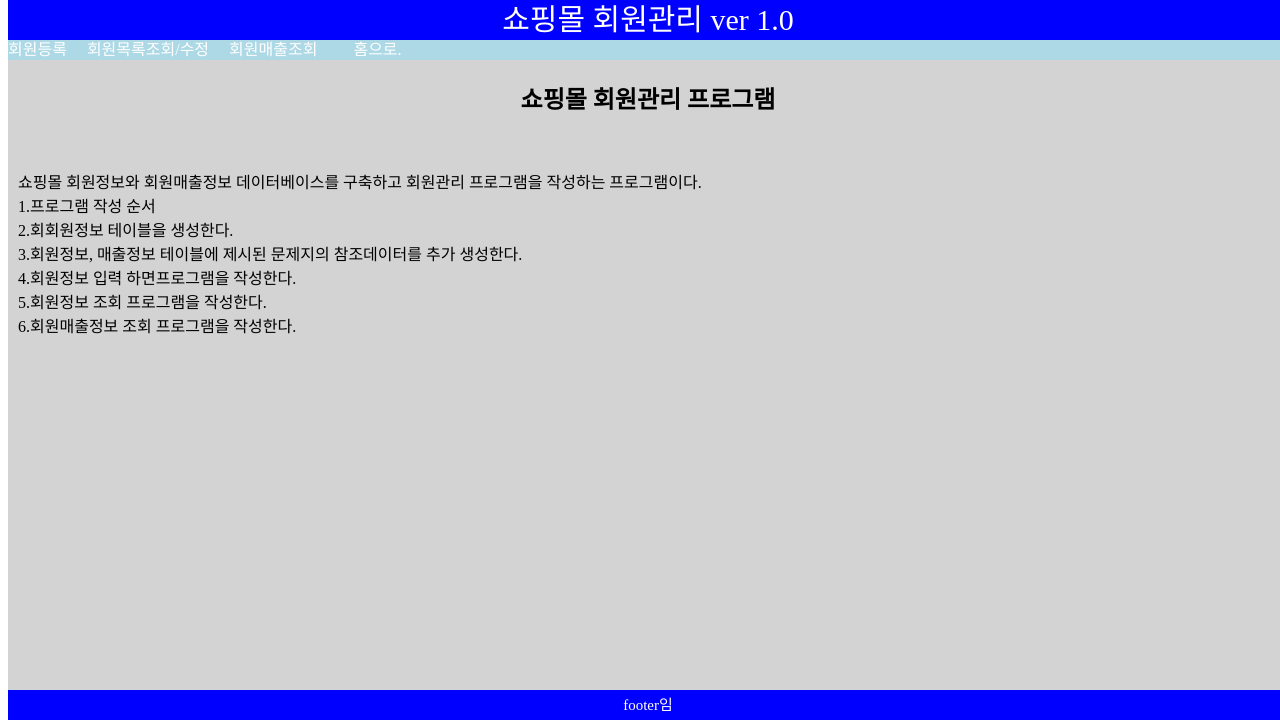
Repository: leesuyeon116/HRD_1
Page: http://localhost/HRD_0416/
The author's editor kept a copy of each file at every save. The page is drawn from the files as they stood at one save, then again after the next save.
The browser window is 1280 px wide. The pictures show the whole page.
The page is served by Tomcat 9. Other server files are loaded and not shown.

Above is the page before, as saved 2024-04-16 23:52:32.

### HRD_0416/src/main/webapp/index.jsp
<%@ page language="java" contentType="text/html; charset=UTF-8"
    pageEncoding="UTF-8"%>
<!DOCTYPE html>
<html>
<head>
<meta charset="UTF-8">
<title>index</title>
</head>
<body>
<header style="position: fixed; top: 0px; width: 100%; height: 40px; background-color: blue; color: white;
	text-align: center; line-height: 40px; font-size: 30px"> 쇼핑몰 회원관리 ver 1.0 </header>

<nav style="position: fixed; top: 40px; width: 100%; height: 20px; background-color: lightblue; color: white; line-height: 20px;">
	회원등록 &nbsp; &nbsp; 회원목록조회/수정 &nbsp; &nbsp; 회원매출조회 &nbsp; &nbsp; &nbsp; &nbsp; 홈으로.</nav>

<section style="position: fixed; top: 60px; width: 100%; height: 100%; background-color: lightgray">
	<h2 style="text-align: center;"><b>쇼핑몰 회원관리 프로그램</b></h2><br>
	<p style="padding-left: 10px">
	쇼핑몰 회원정보와 회원매출정보 데이터베이스를 구축하고 회원관리 프로그램을 작성하는 프로그램이다.<br>
	1.프로그램 작성 순서<br>
	2.회회원정보 테이블을 생성한다.<br>
	3.회원정보, 매출정보 테이블에 제시된 문제지의 참조데이터를 추가 생성한다.<br>
	4.회원정보 입력 하면프로그램을 작성한다.<br>
	5.회원정보 조회 프로그램을 작성한다.<br>
	6.회원매출정보 조회 프로그램을 작성한다.<br>
	</p>
</section>

<footer style="position: fixed; bottom: 0px; width: 100%; height: 30px; background-color: blue; color: white;
	text-align: center; line-height: 30px; font-size: 15px;">footer임</footer>
</body>
</html>

After the next save:
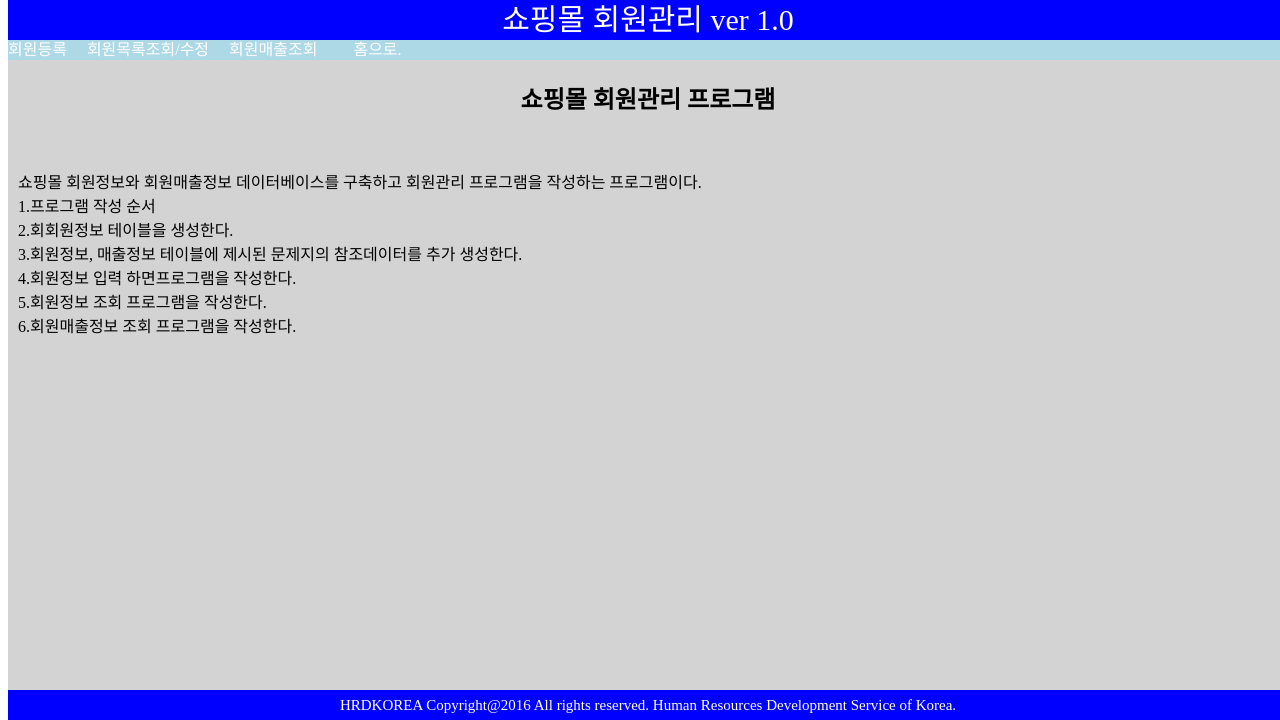
Saved 44 s later.
--- a/HRD_0416/src/main/webapp/index.jsp
+++ b/HRD_0416/src/main/webapp/index.jsp
@@ -27,6 +27,7 @@
 </section>
 
 <footer style="position: fixed; bottom: 0px; width: 100%; height: 30px; background-color: blue; color: white;
-	text-align: center; line-height: 30px; font-size: 15px;">footer임</footer>
+	text-align: center; line-height: 30px; font-size: 15px;">
+	HRDKOREA Copyright@2016 All rights reserved. Human Resources Development Service of Korea.</footer>
 </body>
 </html>
